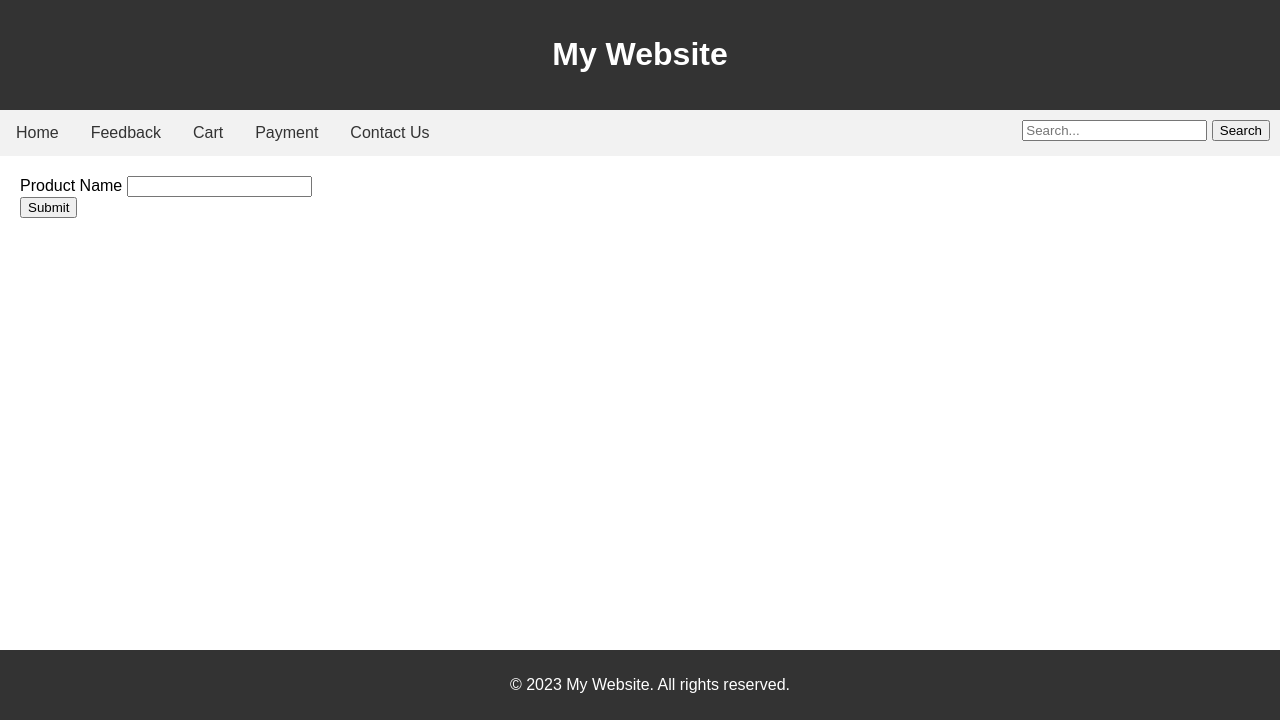
Repository: UrinduYatawakaa/OOP_project
Page: http://localhost/ProductDemo/productdetails.jsp
The author's editor kept a copy of each file at every save. The page is drawn from the files as they stood at one save, then again after the next save.
The browser window is 1280 px wide. The pictures show the whole page.
The page is served by Tomcat 9. Other server files are loaded and not shown.

Above is the page before, as saved 2023-10-23 18:31:19.

### oop project/ProductDemo/src/main/webapp/productdetails.jsp
<%@ page language="java" contentType="text/html; charset=ISO-8859-1" pageEncoding="ISO-8859-1"%>
<!DOCTYPE html>
<html>
<head>
<meta charset="ISO-8859-1">
<title>Insert title here</title>
<style>
body {
    font-family: Arial, sans-serif;
    margin: 0;
    padding: 0;
}

.header {
    background-color: #333;
    color: white;
    padding: 15px;
    text-align: center;
}

.navbar {
    background-color: #f2f2f2;
    overflow: hidden;
}

.navbar a {
    float: left;
    display: block;
    color: #333;
    text-align: center;
    padding: 14px 16px;
    text-decoration: none;
}

.navbar a:hover {
    background-color: #ddd;
    color: black;
}

.footer {
    background-color: #333;
    color: white;
    text-align: center;
    padding: 10px;
    position: fixed;
    bottom: 0;
    width: 100%;
}
</style>
</head>
<body>
    <div class="header">
        <h1>My Website</h1>
    </div>

    <div class="navbar">
        <a href="#home">Home</a>
        <a href="#feedback">Feedback</a>
        <a href="#cart">Cart</a>
        <a href="#payment">Payment</a>
        <a href="#contactus">Contact Us</a>
        <form style="float: right; padding: 10px;">
            <input type="text" placeholder="Search..." name="search">
            <input type="submit" value="Search">
        </form>
    </div>

    <form action="log" method="post" style="margin: 20px;">
        Product Name <input type="text" name="ProductName"> <br>
        <input type="submit" name="submit" value="Submit">
    </form>

    <div class="footer">
        <p>&copy; 2023 My Website. All rights reserved.</p>
    </div>
</body>
</html>

After the next save:
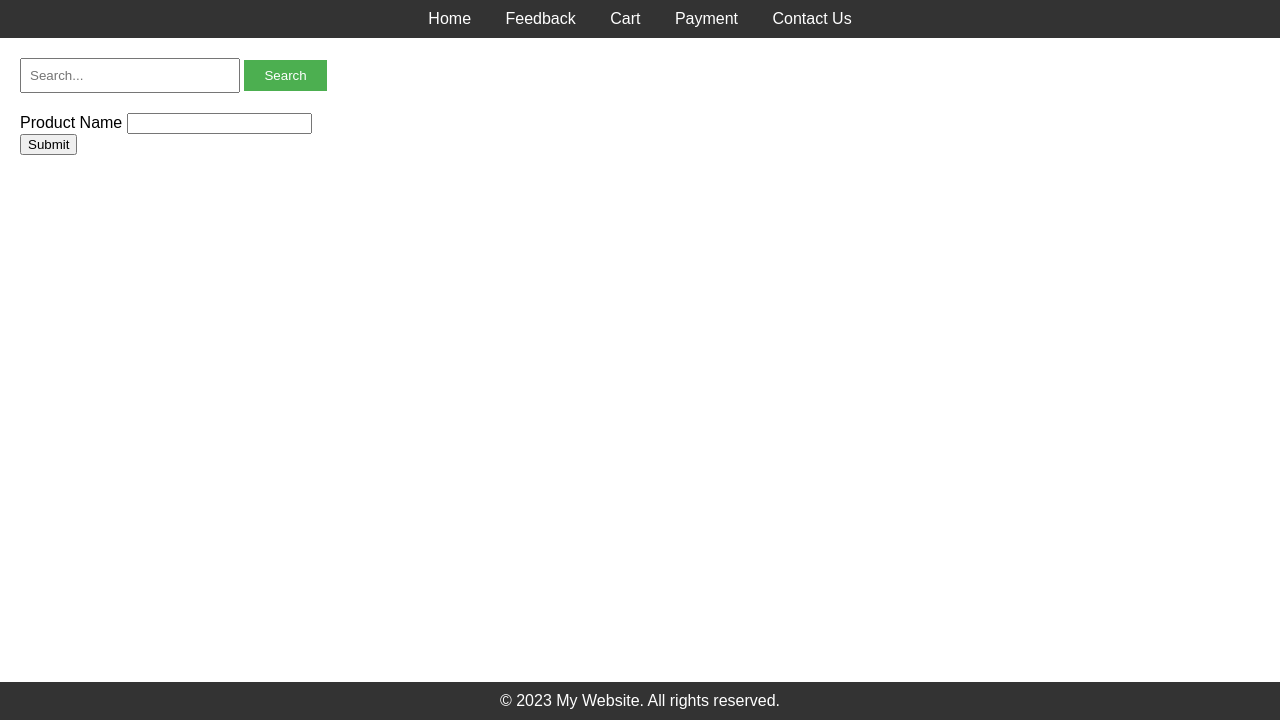
Saved 2 min 10 s later.
--- a/oop project/ProductDemo/src/main/webapp/productdetails.jsp
+++ b/oop project/ProductDemo/src/main/webapp/productdetails.jsp
@@ -1,77 +1,92 @@
-<%@ page language="java" contentType="text/html; charset=ISO-8859-1" pageEncoding="ISO-8859-1"%>
 <!DOCTYPE html>
-<html>
+<html lang="en">
+
 <head>
-<meta charset="ISO-8859-1">
-<title>Insert title here</title>
-<style>
-body {
-    font-family: Arial, sans-serif;
-    margin: 0;
-    padding: 0;
-}
+    <meta charset="UTF-8">
+    <meta name="viewport" content="width=device-width, initial-scale=1.0">
+    <title>My Website</title>
+    <style>
+        body {
+            font-family: Arial, sans-serif;
+            margin: 0;
+            padding: 0;
+        }
 
-.header {
-    background-color: #333;
-    color: white;
-    padding: 15px;
-    text-align: center;
-}
+        header {
+            background-color: #333;
+            color: #fff;
+            padding: 10px 0;
+            text-align: center;
+        }
 
-.navbar {
-    background-color: #f2f2f2;
-    overflow: hidden;
-}
+        header a {
+            color: #fff;
+            margin: 0 15px;
+            text-decoration: none;
+        }
 
-.navbar a {
-    float: left;
-    display: block;
-    color: #333;
-    text-align: center;
-    padding: 14px 16px;
-    text-decoration: none;
-}
+        .container {
+            margin: 20px;
+        }
 
-.navbar a:hover {
-    background-color: #ddd;
-    color: black;
-}
+        footer {
+            background-color: #333;
+            color: #fff;
+            text-align: center;
+            padding: 10px 0;
+            position: fixed;
+            bottom: 0;
+            width: 100%;
+        }
 
-.footer {
-    background-color: #333;
-    color: white;
-    text-align: center;
-    padding: 10px;
-    position: fixed;
-    bottom: 0;
-    width: 100%;
-}
-</style>
+        .search-bar {
+            margin-top: 20px;
+        }
+
+        .search-bar input[type="text"] {
+            padding: 8px;
+            width: 200px;
+        }
+
+        .search-bar input[type="submit"] {
+            padding: 8px 20px;
+            background-color: #4caf50;
+            color: white;
+            border: none;
+            cursor: pointer;
+        }
+    </style>
 </head>
+
 <body>
-    <div class="header">
-        <h1>My Website</h1>
-    </div>
 
-    <div class="navbar">
-        <a href="#home">Home</a>
-        <a href="#feedback">Feedback</a>
-        <a href="#cart">Cart</a>
-        <a href="#payment">Payment</a>
-        <a href="#contactus">Contact Us</a>
-        <form style="float: right; padding: 10px;">
-            <input type="text" placeholder="Search..." name="search">
-            <input type="submit" value="Search">
+    <header>
+        <a href="#">Home</a>
+        <a href="#">Feedback</a>
+        <a href="#">Cart</a>
+        <a href="#">Payment</a>
+        <a href="#">Contact Us</a>
+    </header>
+
+    <div class="container">
+        <form action="log" method="post" class="search-bar">
+            <input type="text" name="ProductName" placeholder="Search...">
+            <input type="submit" name="submit" value="Search">
         </form>
     </div>
 
-    <form action="log" method="post" style="margin: 20px;">
-        Product Name <input type="text" name="ProductName"> <br>
-        <input type="submit" name="submit" value="Submit">
-    </form>
+    <!-- Your existing form content goes here -->
+    <div class="container">
+        <form action="log" method="post">
+            Product Name <input type="text" name="ProductName"> <br>
+            <input type="submit" name="submit" value="Submit">
+        </form>
+    </div>
 
-    <div class="footer">
-        <p>&copy; 2023 My Website. All rights reserved.</p>
-    </div>
+    <footer>
+        &copy; 2023 My Website. All rights reserved.
+    </footer>
+
 </body>
+
 </html>
